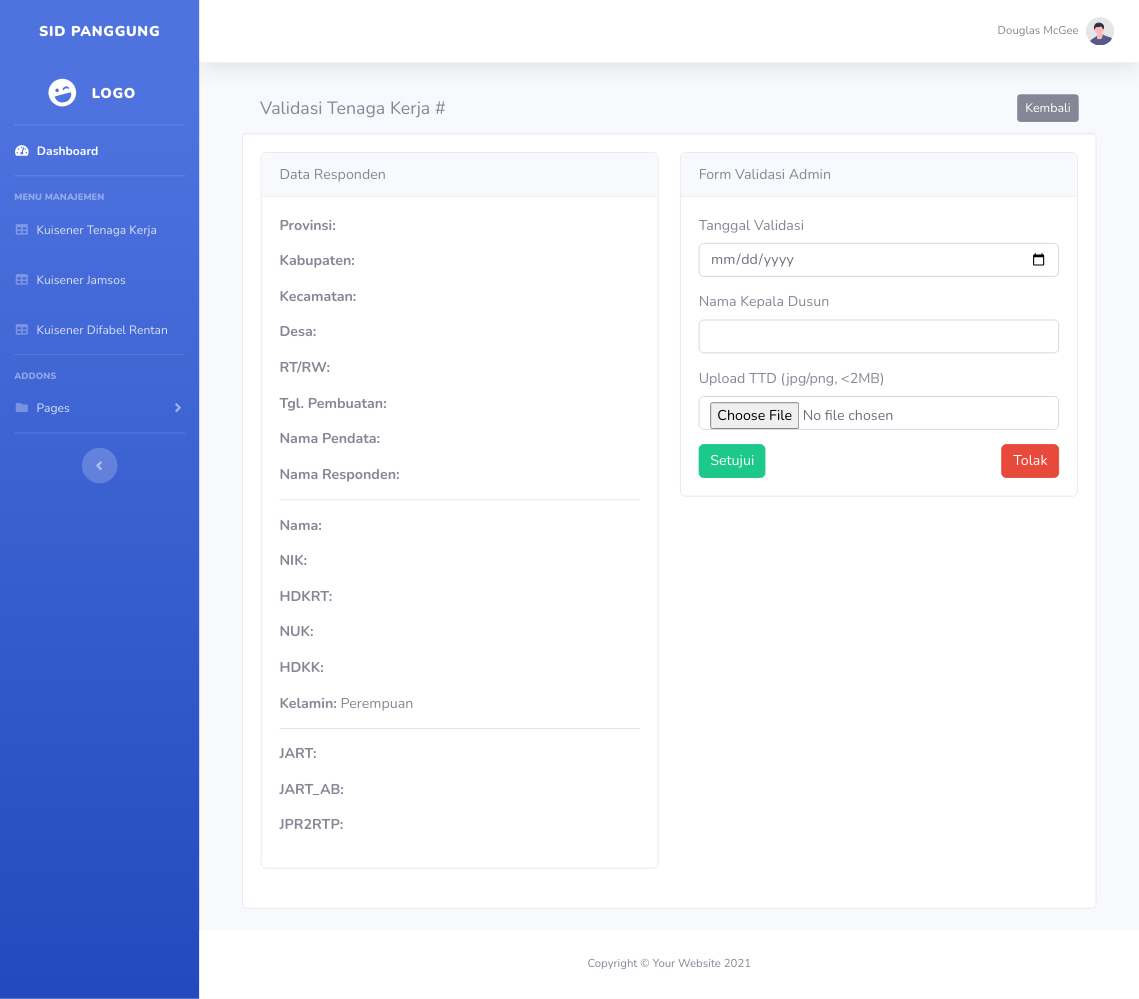
Repository: rusmn06/webpanggung
Page: resources/views/admin/tkw/show.blade.php
The author's editor kept a copy of each file at every save. The page is drawn from the files as they stood at one save, then again after the next save.
The browser window is 1280 px wide. The pictures show the whole page, at 89% of full size.
The page is served by the project's Laravel application, run on PHP 8.4 with Laravel 12. Other server files are loaded and not shown. The template is opened directly, without the code that normally fills it, so the values that code supplies are empty.

Above is the page before, as saved 2025-05-16 22:21:31.

### routes/web.php
<?php

use Illuminate\Support\Facades\Route;
use App\Http\Controllers\Auth\LoginController;
use App\Http\Controllers\Auth\RegisterController;
use App\Http\Controllers\HomeController;
use App\Http\Controllers\DashboardController;
use App\Http\Controllers\UserTenagaKerjaController;
use App\Http\Controllers\TenagaKerjaWizardController;
use App\Http\Controllers\Admin\AdminController;
use App\Http\Controllers\Admin\TenagaKerjaVerifController;
use App\Http\Controllers\Admin\UserController;
use App\Http\Controllers\JamsosWizardController;
use App\Http\Controllers\ProfileController;

/*
|--------------------------------------------------------------------------
| Public & Auth Routes
|--------------------------------------------------------------------------
*/

// Halaman depan (home)
Route::get('/', [HomeController::class, 'index'])->name('home');

// Hanya untuk tamu (guest): login & register
Route::middleware('guest')->group(function () {
    Route::get('/login',    [LoginController::class, 'showLoginForm'])->name('login');
    Route::post('/login',   [LoginController::class, 'login']);
    Route::get('/register', [RegisterController::class, 'showRegistrationForm'])->name('register');
    Route::post('/register',[RegisterController::class, 'register']);
});

// Logout (harus sudah auth)
Route::post('/logout', [LoginController::class, 'logout'])
     ->name('logout')
     ->middleware('auth');


/*
|--------------------------------------------------------------------------
| Admin Routes
|--------------------------------------------------------------------------
*/
Route::prefix('admin')
     ->name('admin.')
     ->middleware(['auth', 'role:admin'])
     ->group(function () {
         // Dashboard admin
         Route::get('/dashboard', [AdminController::class, 'dashboard'])->name('dashboard');

         // Verifikasi tenaga kerja
         Route::prefix('tenagakerja')
              ->name('tkw.')
              ->group(function () {
                  Route::get('/',               [TenagaKerjaVerifController::class, 'index'])->name('index');
                  Route::get('{id}',            [TenagaKerjaVerifController::class, 'show'])->name('show');
                  Route::post('{id}/approve',   [TenagaKerjaVerifController::class, 'approve'])->name('approve');
                  Route::post('{id}/reject',    [TenagaKerjaVerifController::class, 'reject'])->name('reject');
              });

         // User
         Route::prefix('user')
              ->name('user.')
              ->group(function () {
                  Route::get('/',            [UserController::class, 'index'])->name('index');
                  Route::get('/create',      [UserController::class, 'create'])->name('create');
                  Route::post('/',           [UserController::class, 'store'])->name('store');
                  Route::get('/{id}/edit',   [UserController::class, 'edit'])->name('edit');
                  Route::put('/{id}',        [UserController::class, 'update'])->name('update');
                  Route::delete('/{id}',     [UserController::class, 'destroy'])->name('destroy');
             });
     });


/*
|--------------------------------------------------------------------------
| User Routes
|--------------------------------------------------------------------------
*/
Route::middleware(['auth', 'role:user|admin'])->group(function () {
         // Dashboard user
         Route::get('/dashboard', [DashboardController::class, 'index'])->name('dashboard');

         // Menu Tenaga Kerja (user-facing)
         Route::get('/tenagakerja',           [UserTenagaKerjaController::class, 'index'])->name('tenagakerja.index');
         Route::get('/tenagakerja/listrt',    [UserTenagaKerjaController::class, 'listrt'])->name('tenagakerja.listrt');
         for ($i = 1; $i <= 24; $i++) {
             Route::get("/tenagakerja/listrt/{$i}", [UserTenagaKerjaController::class, 'rtview'])
                  ->name("tenagakerja.listrt.{$i}")
                  ->defaults('rt', $i);
         }

         // Wizard Tenaga Kerja
         Route::prefix('tenagakerja')
              ->name('tkw.')
              ->group(function () {
                  Route::get('step-1', [TenagaKerjaWizardController::class, 'showStep1'])->name('step1');
                  Route::post('step-1',[TenagaKerjaWizardController::class, 'postStep1']);
                  Route::get('step-2', [TenagaKerjaWizardController::class, 'showStep2'])->name('step2');
                  Route::post('step-2',[TenagaKerjaWizardController::class, 'postStep2']);
                  Route::get('step-3', [TenagaKerjaWizardController::class, 'showStep3'])->name('step3');
                  Route::post('step-3',[TenagaKerjaWizardController::class, 'postStep3']);
                  Route::get('step-4', [TenagaKerjaWizardController::class, 'showStep4'])->name('step4');
                  Route::post('step-4',[TenagaKerjaWizardController::class, 'postStep4']);
              });

         // Menu Jamsos
         Route::get('/jamsos', function () {
             return view('pages.jamsos.index');
         });

         // (Buka kembali wizard Jamsos bila diperlukan)
         // Route::prefix('jamsos')->name('jss.')->group(…);

         // Menu Difabel Rentan
         Route::get('/difabelrentan', function () {
             return view('pages.difabelrentan.index');
         });
     });


Route::middleware(['auth'])->group(function () {
    // Profile
    Route::get('/profile', [ProfileController::class, 'show'])
             ->name('profile.show');

    // Settings (misal: form ubah profil/password)
    Route::get('/profile/settings', [ProfileController::class, 'settings'])
             ->name('profile.settings');
    Route::post('/profile/settings', [ProfileController::class, 'updateSettings'])
             ->name('profile.settings.update');
    Route::post('/profile/avatar', [ProfileController::class, 'updateAvatar'])
             ->name('profile.avatar.update');
});

### resources/views/admin/tkw/show.blade.php
@extends('layouts.main')

@section('content')
<div class="container-fluid">
  <div class="card-header d-flex justify-content-between align-items-center">
      <h5 class="mb-0">Validasi Tenaga Kerja #{{ $item->id }}</h5>
      <a href="{{ route('admin.tkw.index') }}" class="btn btn-sm btn-secondary">Kembali</a>
    </div>
  <div class="card mb-4">


    <div class="card-body">
      <div class="row">

        {{-- Kiri: Data Responden --}}
        <div class="col-lg-6 mb-4">
          <div class="card">
            <div class="card-header">
              Data Responden
            </div>
            <div class="card-body">
              <p><strong>Provinsi:</strong> {{ $item->provinsi }}</p>
              <p><strong>Kabupaten:</strong> {{ $item->kabupaten }}</p>
              <p><strong>Kecamatan:</strong> {{ $item->kecamatan }}</p>
              <p><strong>Desa:</strong> {{ $item->desa }}</p>
              <p><strong>RT/RW:</strong> {{ $item->rt_rw }}</p>
              <p><strong>Tgl. Pembuatan:</strong> {{ $item->tgl_pembuatan }}</p>
              <p><strong>Nama Pendata:</strong> {{ $item->nama_pendata }}</p>
              <p><strong>Nama Responden:</strong> {{ $item->nama_responden }}</p>
              <hr>
              <p><strong>Nama:</strong> {{ $item->nama }}</p>
              <p><strong>NIK:</strong> {{ $item->nik }}</p>
              <p><strong>HDKRT:</strong> {{ $item->hdkrt }}</p>
              <p><strong>NUK:</strong> {{ $item->nuk }}</p>
              <p><strong>HDKK:</strong> {{ $item->hdkk }}</p>
              <p><strong>Kelamin:</strong> {{ $item->kelamin == '1' ? 'Laki-laki' : 'Perempuan' }}</p>
              <hr>
              <p><strong>JART:</strong> {{ $item->jart }}</p>
              <p><strong>JART_AB:</strong> {{ $item->jart_ab }}</p>
              <p><strong>JPR2RTP:</strong> {{ $item->jpr2rtp }}</p>
            </div>
          </div>
        </div>

        {{-- Kanan: Form Validasi --}}
        <div class="col-lg-6 mb-4">
          <div class="card">
            <div class="card-header">
              Form Validasi Admin
            </div>
            <div class="card-body">
              <form action="{{ route('admin.tkw.approve', ['id' => $item->id]) }}" method="POST" enctype="multipart/form-data">
                @csrf

                <div class="mb-3">
                  <label for="admin_tgl_validasi" class="form-label">Tanggal Validasi</label>
                  <input type="date" name="admin_tgl_validasi" id="admin_tgl_validasi"
                         value="{{ old('admin_tgl_validasi', $item->admin_tgl_validasi) }}"
                         class="form-control @error('admin_tgl_validasi') is-invalid @enderror">
                  @error('admin_tgl_validasi')
                    <div class="invalid-feedback">{{ $message }}</div>
                  @enderror
                </div>

                <div class="mb-3">
                  <label for="admin_nama_kepaladusun" class="form-label">Nama Kepala Dusun</label>
                  <input type="text" name="admin_nama_kepaladusun" id="admin_nama_kepaladusun"
                         value="{{ old('admin_nama_kepaladusun', $item->admin_nama_kepaladusun) }}"
                         class="form-control @error('admin_nama_kepaladusun') is-invalid @enderror">
                  @error('admin_nama_kepaladusun')
                    <div class="invalid-feedback">{{ $message }}</div>
                  @enderror
                </div>

                <div class="mb-3">
                  <label for="admin_ttd_pendata" class="form-label">Upload TTD (jpg/png, &lt;2MB)</label>
                  <input type="file" name="admin_ttd_pendata" id="admin_ttd_pendata" accept="image/*"
                         class="form-control @error('admin_ttd_pendata') is-invalid @enderror">
                  @error('admin_ttd_pendata')
                    <div class="invalid-feedback">{{ $message }}</div>
                  @enderror

                  @if($item->admin_ttd_pendata)
                    <small class="text-muted d-block mt-2">
                      TTD lama:<br>
                      <img src="{{ asset('storage/'.$item->admin_ttd_pendata) }}" style="max-height: 120px;">
                    </small>
                  @endif
                </div>

                <div class="d-flex justify-content-between">
                  <button type="submit" class="btn btn-success">Setujui</button>
                  <button type="submit" formaction="{{ route('admin.tkw.reject', ['id' => $item->id]) }}" class="btn btn-danger">Tolak</button>
                </div>

              </form>
            </div>
          </div>
        </div>

      </div>
    </div>
  </div>
</div>
@endsection

### resources/views/layouts/main.blade.php
<!DOCTYPE html>
<html lang="en">
<head>
    <meta charset="utf-8">
    <meta http-equiv="X-UA-Compatible" content="IE=edge">
    <meta name="viewport" content="width=device-width, initial-scale=1, shrink-to-fit=no">
    <title>@yield('title', 'Dashboard')</title>

    <!-- Fonts & Icons -->
    <link href="{{ asset('template/vendor/fontawesome-free/css/all.min.css') }}" rel="stylesheet">
    <link href="https://fonts.googleapis.com/css?family=Nunito:200,300,400,700,900" rel="stylesheet">

    <!-- SB Admin 2 CSS -->
    <link href="{{ asset('template/css/sb-admin-2.min.css') }}" rel="stylesheet">
    @stack('styles')
</head>
<body id="page-top">
    <div id="wrapper">
        @include('layouts.sidebar')
        <div id="content-wrapper" class="d-flex flex-column">
            <div id="content">
                @include('layouts.navbar')
                <div class="container-fluid">
                    @yield('content')
                </div>
            </div>
            @include('layouts.footer')
        </div>
    </div>

    <!-- Scroll to Top-->
    <a class="scroll-to-top rounded" href="#page-top">
        <i class="fas fa-angle-up"></i>
    </a>

    <!-- Logout Modal-->
    <div class="modal fade" id="logoutModal" tabindex="-1" role="dialog" aria-labelledby="exampleModalLabel"
        aria-hidden="true">
        <div class="modal-dialog" role="document">
            <div class="modal-content">
                <div class="modal-header">
                    <h5 class="modal-title" id="exampleModalLabel">Ready to Leave?</h5>
                    <button class="close" type="button" data-dismiss="modal" aria-label="Close">
                        <span aria-hidden="true">×</span>
                    </button>
                </div>
                <div class="modal-body">Select "Logout" below if you are ready to end your current session.</div>
                <div class="modal-footer">
                    <button class="btn btn-secondary" type="button" data-dismiss="modal">Cancel</button>
                    <a class="btn btn-primary" href="login.html">Logout</a>
                </div>
            </div>
        </div>
    </div>

    <!-- JS -->
    <script src="{{ asset('template/vendor/jquery/jquery.min.js') }}"></script>
    <script src="{{ asset('template/vendor/bootstrap/js/bootstrap.bundle.min.js') }}"></script>
    <script src="{{ asset('template/vendor/jquery-easing/jquery.easing.min.js') }}"></script>
    <script src="{{ asset('template/js/sb-admin-2.min.js') }}"></script>
    @stack('scripts')
</body>
</html>

### resources/views/layouts/sidebar.blade.php
<ul class="navbar-nav bg-gradient-primary sidebar sidebar-dark accordion" id="accordionSidebar">

            <!-- Sidebar - Brand -->
            <a class="sidebar-brand d-flex align-items-center justify-content-center" href="/dashboard">
                <div class="sidebar-brand-text mx-3">SID Panggung</div>
            </a>

            <!-- Sidebar - Brand -->
            <a class="sidebar-brand d-flex align-items-center justify-content-center" href="/dashboard">
                <div class="sidebar-brand-icon rotate-n-15">
                    <i class="fas fa-laugh-wink"></i>
                </div>
                <div class="sidebar-brand-text mx-3">LOGO</div>
            </a>

            <!-- Divider -->
            <hr class="sidebar-divider my-0">

            <!-- Nav Item - Dashboard -->
            <li class="nav-item active">
                <a class="nav-link" href="/dashboard">
                    <i class="fas fa-fw fa-tachometer-alt"></i>
                    <span>Dashboard</span></a>
            </li>

            <!-- Divider -->
            <hr class="sidebar-divider">

            <!-- Heading -->
            <div class="sidebar-heading">
                Menu Manajemen
            </div>

            <!-- Nav Item - Kuisener Tenaga Kerja -->
            <li class="nav-item">
                <a class="nav-link" href="/tenagakerja">
                    <i class="fas fa-fw fa-table"></i>
                    <span>Kuisener Tenaga Kerja</span></a>
            </li>

            <!-- Nav Item - Kuisener Jamsos -->
            <li class="nav-item">
                <a class="nav-link" href="/jamsos">
                    <i class="fas fa-fw fa-table"></i>
                    <span>Kuisener Jamsos</span></a>
            </li>

            <!-- Nav Item - Kuisener Difabel Rentan -->
            <li class="nav-item">
                <a class="nav-link" href="/difabelrentan">
                    <i class="fas fa-fw fa-table"></i>
                    <span>Kuisener Difabel Rentan</span></a>
            </li>

            <!-- Divider -->
            <hr class="sidebar-divider">

            <!-- Heading -->
            <div class="sidebar-heading">
                Addons
            </div>

            <!-- Nav Item - Pages Collapse Menu -->
            <li class="nav-item">
                <a class="nav-link collapsed" href="#" data-toggle="collapse" data-target="#collapsePages"
                    aria-expanded="true" aria-controls="collapsePages">
                    <i class="fas fa-fw fa-folder"></i>
                    <span>Pages</span>
                </a>
                <div id="collapsePages" class="collapse" aria-labelledby="headingPages" data-parent="#accordionSidebar">
                    <div class="bg-white py-2 collapse-inner rounded">
                        <h6 class="collapse-header">Login Screens:</h6>
                        <a class="collapse-item" href="login.html">Login</a>
                        <a class="collapse-item" href="register.html">Register</a>
                        <a class="collapse-item" href="forgot-password.html">Forgot Password</a>
                        <div class="collapse-divider"></div>
                    </div>
                </div>
            </li>

            <!-- Divider -->
            <hr class="sidebar-divider d-none d-md-block">

            <!-- Sidebar Toggler (Sidebar) -->
            <div class="text-center d-none d-md-inline">
                <button class="rounded-circle border-0" id="sidebarToggle"></button>
            </div>

        </ul>

### resources/views/layouts/navbar.blade.php
<nav class="navbar navbar-expand navbar-light bg-white topbar mb-4 static-top shadow">

    <!-- Sidebar Toggle (Topbar) -->
    <button id="sidebarToggleTop" class="btn btn-link d-md-none rounded-circle mr-3">
        <i class="fa fa-bars"></i>
    </button>

    <!-- Topbar Navbar -->
    <ul class="navbar-nav ml-auto">

        <!-- Nav Item - Search Dropdown (Visible Only XS) -->
        <li class="nav-item dropdown no-arrow d-sm-none">
            <a class="nav-link dropdown-toggle" href="#" id="searchDropdown" role="button"
                data-toggle="dropdown" aria-haspopup="true" aria-expanded="false">
                <i class="fas fa-search fa-fw"></i>
            </a>
            <!-- Dropdown - Search -->
            <div class="dropdown-menu dropdown-menu-right p-3 shadow animated--grow-in"
                aria-labelledby="searchDropdown">
                <form class="form-inline mr-auto w-100 navbar-search">
                    <div class="input-group">
                        <input type="text" class="form-control bg-light border-0 small"
                            placeholder="Search for..." aria-label="Search"
                            aria-describedby="basic-addon2">
                        <div class="input-group-append">
                            <button class="btn btn-primary" type="button">
                                <i class="fas fa-search fa-sm"></i>
                            </button>
                        </div>
                    </div>
                </form>
            </div>
        </li>

        <!-- Nav Item - User Information -->
        <li class="nav-item dropdown no-arrow">
            <a class="nav-link dropdown-toggle" href="#" id="userDropdown" role="button"
                data-toggle="dropdown" aria-haspopup="true" aria-expanded="false">
                <span class="mr-2 d-none d-lg-inline text-gray-600 small">Douglas McGee</span>
                <img class="img-profile rounded-circle"
                    src="{{ asset('template/img/undraw_profile.svg') }}">
            </a>
            <div class="dropdown-menu dropdown-menu-right shadow animated--grow-in"
                aria-labelledby="userDropdown">
                <a class="dropdown-item" href="#">
                    <i class="fas fa-user fa-sm fa-fw mr-2 text-gray-400"></i>
                    Profile
                </a>
                <a class="dropdown-item" href="#">
                    <i class="fas fa-cogs fa-sm fa-fw mr-2 text-gray-400"></i>
                    Settings
                </a>
                <a class="dropdown-item" href="#">
                    <i class="fas fa-list fa-sm fa-fw mr-2 text-gray-400"></i>
                    Activity Log
                </a>
                <div class="dropdown-divider"></div>

                <!-- Tombol trigger modal logout -->
                <a class="dropdown-item" href="#" data-toggle="modal" data-target="#logoutModal">
                    <i class="fas fa-sign-out-alt fa-sm fa-fw mr-2 text-gray-400"></i>
                    Logout
                </a>
            </div>
        </li>
    </ul>
</nav>

<!-- Modal Logout -->
<div class="modal fade" id="logoutModal" tabindex="-1" role="dialog" aria-labelledby="logoutModalLabel"
    aria-hidden="true">
    <div class="modal-dialog" role="document">
        <div class="modal-content">
            <div class="modal-header">
                <h5 class="modal-title">Yakin ingin logout?</h5>
                <button class="close" type="button" data-dismiss="modal" aria-label="Close">
                    <span aria-hidden="true">×</span>
                </button>
            </div>
            <div class="modal-body">Pilih "Logout" di bawah jika kamu yakin ingin keluar dari sesi ini.</div>
            <div class="modal-footer">
                <button class="btn btn-secondary" type="button" data-dismiss="modal">Batal</button>
                <form id="logout-form" action="{{ route('logout') }}" method="POST" class="d-inline">
                    @csrf
                    <button class="btn btn-primary" type="submit">Logout</button>
                </form>
            </div>
        </div>
    </div>
</div>

Loaded but not shown: app/Providers/AppServiceProvider.php (common file); resources/views/layouts/footer.blade.php (common file); public/template/css/sb-admin-2.min.css (library); public/template/js/sb-admin-2.min.js (common file); public/template/img/undraw_profile.svg (38 lines, source omitted)

After the next save:
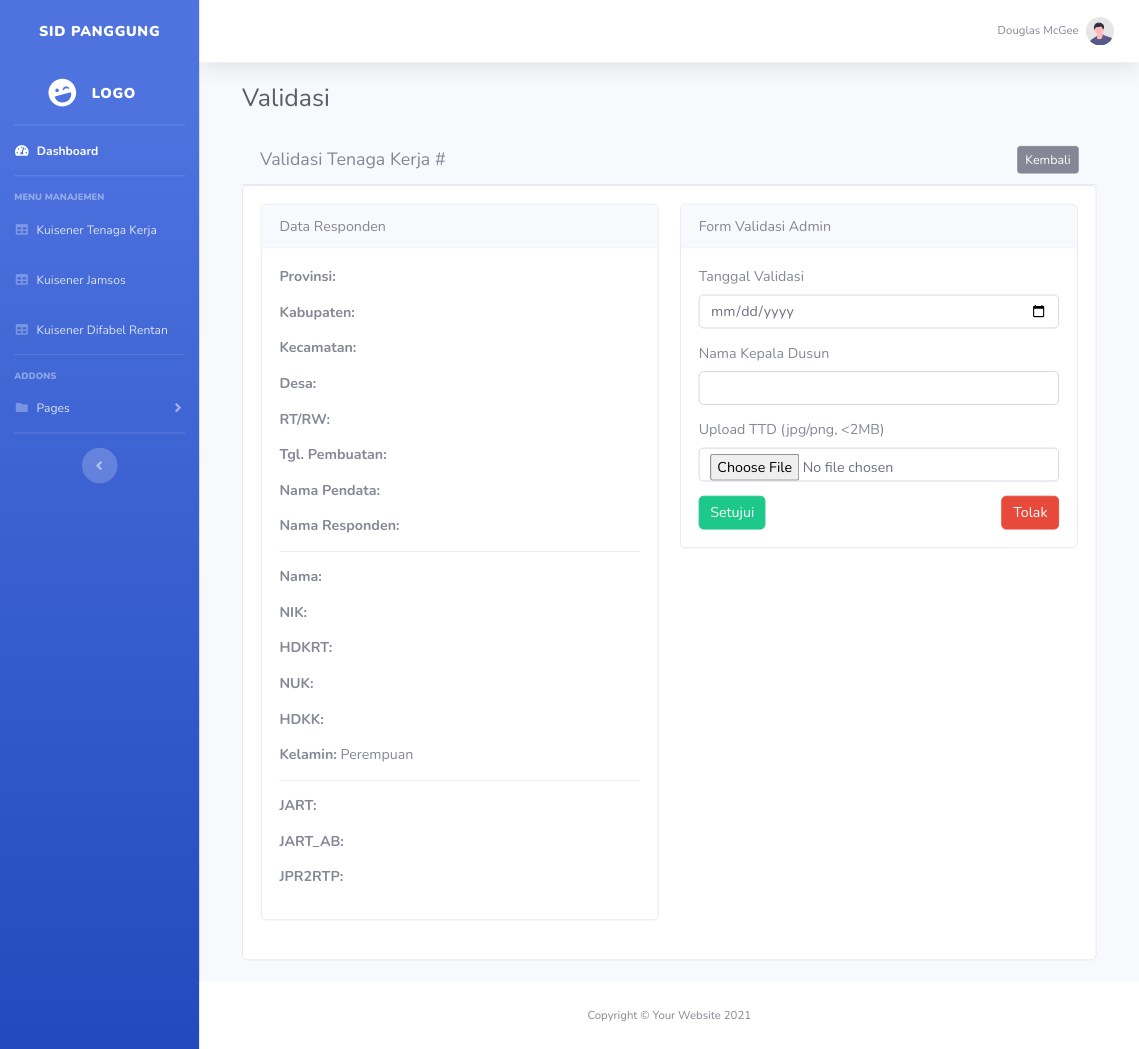
Saved 23 s later.
--- a/resources/views/admin/tkw/show.blade.php
+++ b/resources/views/admin/tkw/show.blade.php
@@ -2,6 +2,9 @@
 
 @section('content')
 <div class="container-fluid">
+      <div class="d-sm-flex align-items-center justify-content-between mb-4">
+        <h1 class="h3 mb-0 text-gray-800">Validasi</h1>
+    </div>
   <div class="card-header d-flex justify-content-between align-items-center">
       <h5 class="mb-0">Validasi Tenaga Kerja #{{ $item->id }}</h5>
       <a href="{{ route('admin.tkw.index') }}" class="btn btn-sm btn-secondary">Kembali</a>
